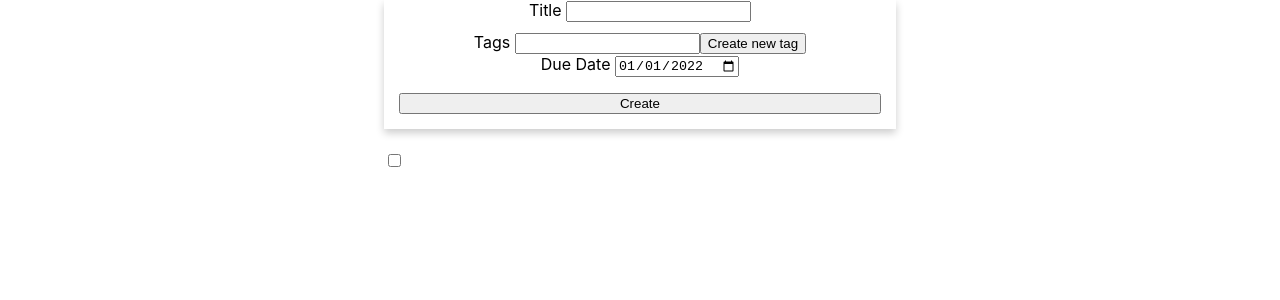
Repository: sanjayMamidipaka/reactappbits
Page: /, after clicking the first element matching `div.submitButton > button`
The author's editor kept a copy of each file at every save. The page is drawn from the files as they stood at one save, then again after the next save.
The browser window is 1280 px wide. The pictures show the whole page.
The project was rebuilt for these pictures with package versions that can differ from the ones it lists, and the page was loaded fresh each time. Also part of the build but not shown: src/components/Tag.css, src/components/Tag.tsx.

Above is the page before, as saved 2022-01-18 17:53:12.

### src/App.tsx
import logo from './logo.svg';
import './App.css';
import TodoList from './components/TodoList';

function App() {
  return (
    <div className="App">
      <TodoList/>
    </div>
  );
}

export default App;

### src/components/TodoList.tsx
import React, { EventHandler } from 'react'
import './TodoList.css'
import { useState } from 'react'
import Tag from './Tag'
import TodoItem from './TodoItem'
/**
 * Thank you for applying to Bits of Good. You are free to add/delete/modify any
 * parts of this project. That includes changing the types.ts, creating css files,
 * modifying import statements, using contexts, etc. We do recommend to keep it simple.
 * You will not be judged based on complexity. We also recommend using
 * multiple components instead of coding everything on this file :)
 *
 * Have fun! Please reach out to hello@bitsofgood.org or wkim330@gatech.edu if you
 * have any questions!
 *
 * Bits of Good Engineering Team
 *
 */
// TODO: Start coding from here

// Here's a baseline todo item type.
// Feel free to extend or create your own interface!

export default function TodoList() {
  const [title, setTitle] = useState('');
  const [tagValue, setTagValue] = useState('');
  const [index, setIndex] = useState(0);
  const [date, setDate] = useState('2022-01-01');
  const completedItems: any[] = [];
  const [todoListCompletedItems, setTodoListCompletedItems] = useState(completedItems);

  const [tagArray, setTagArray] = useState<{name1: string, index1: number}[]>([]);

    const addNewTag = (e: React.MouseEvent<HTMLButtonElement>) => {
      e.preventDefault();
      if (tagValue !== "") {
        setTagArray((tagArray: {name1: string, index1: number}[]) => {
          return [...tagArray, {name1: tagValue, index1: index}];
        });
      }
      setIndex(index + 1);
      setTagValue('');

    }

    const removeElement = (index: number) => {
      setTagArray((tagArray)=>{
        let newTagArray = tagArray.filter((tagObject) => tagObject.index1 !== index);

        return newTagArray;
      })
      console.log(tagArray);

    }

    const handleSubmit = (e: React.MouseEvent<HTMLButtonElement>) => {
      const itemToAdd: any = {
      title: title,
      dueDate: date,
      tagList: tagArray,
      completed: false,
      idx: new Date().getTime().toString()
    }
    setTitle('');
    setTodoListCompletedItems([...todoListCompletedItems, itemToAdd]);
    setTagArray([]);
    }
  return (
    <div>
  <div className="card">
    <label htmlFor="nameLabel">Title </label>
        <input
          type="text"
          value={title}
          onChange={(e) => setTitle(e.target.value)}
        />
        <div style={{padding: '5px'}}></div>

        <label htmlFor="tagLabel">Tags </label>
        <input
          type="text"
          value={tagValue}
          onChange={(e) => setTagValue(e.target.value)}
        />
        <button type="submit" onClick={addNewTag}>
          Create new tag
        </button>

        <div>
          {tagArray.map((tagObject: {name1: string, index1: number}) => {
            return <Tag name={tagObject.name1} key={tagObject.index1} theIndex={tagObject.index1} remove={removeElement} include={"x"}></Tag>
          })}
        </div>

        <label htmlFor="dueDateLabel">Due Date </label>
        <input
          type="date"
          value={date}
          onChange={(e) => setDate(e.target.value)}
        />

        <div style={{padding: '15px'}} className = 'submitButton'>
          <button style ={{width: '100%'}} type='submit' onClick={handleSubmit}>Create</button>
        </div>

</div>

      <div>
          {todoListCompletedItems.map((todoListItem) => {
            return <TodoItem todoListItem={todoListItem} key={todoListItem.idx} index={todoListItem.idx}></TodoItem>
          })}
        </div>

        </div>
  )
}

### src/components/TodoList.css
.card {
  /* Add shadows to create the "card" effect */
  box-shadow: 0 4px 8px 0 rgba(0,0,0,0.2);
  transition: 0.3s;
  width: 40%;
  margin: 0 auto;
}

/* On mouse-over, add a deeper shadow */
.card:hover {
  box-shadow: 0 8px 16px 0 rgba(0,0,0,0.2);
}

/* Add some padding inside the card container */
.container {
  padding: 2px 16px;
}

### src/components/TodoItem.tsx
import React, { EventHandler } from 'react'
import Tag from './Tag';

export default function TodoItem({todoListItem, index}: {todoListItem: any, index: string}) {
    const {title, dueDate, tagList, completed} = todoListItem;

    return (
        <div className="card">
            <input type="checkbox" style={{float: "left"}}/>
            <h1>{title}</h1> <h3></h3>
            {tagList.map((tagObject: {name1: string, index1: number}, index: number) => {
                return <Tag name={tagObject.name1} key={tagObject.index1} theIndex={tagObject.index1} remove={()=>{}} include={""}></Tag>
            })}
        </div>
    )
}

Loaded but not shown: public/index.html (common file); src/index.tsx (common file); src/index.css (common file); src/reportWebVitals.js (common file); src/App.css (common file)

After the next save:
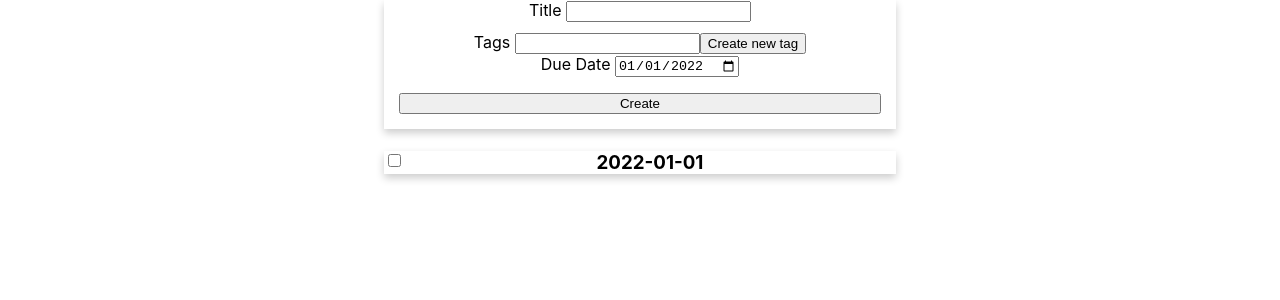
Saved 5 s later.
--- a/src/components/TodoItem.tsx
+++ b/src/components/TodoItem.tsx
@@ -7,7 +7,7 @@
     return (
         <div className="card">
             <input type="checkbox" style={{float: "left"}}/>
-            <h1>{title}</h1> <h3></h3>
+            <h1>{title}</h1> <h3>{dueDate}</h3>
             {tagList.map((tagObject: {name1: string, index1: number}, index: number) => {
                 return <Tag name={tagObject.name1} key={tagObject.index1} theIndex={tagObject.index1} remove={()=>{}} include={""}></Tag>
             })}

After the 2 saves that followed:
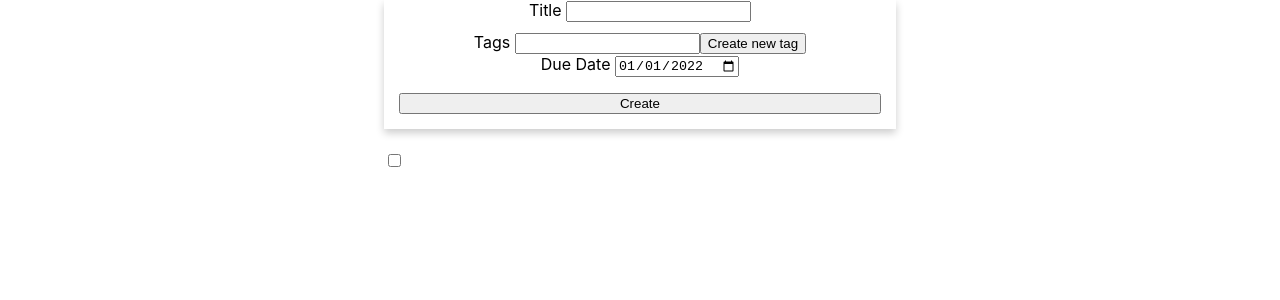
The 2 saves are shown as one change because 1 did not build or start.
The last was saved 15 s later.
--- a/src/components/TodoItem.tsx
+++ b/src/components/TodoItem.tsx
@@ -7,7 +7,7 @@
     return (
         <div className="card">
             <input type="checkbox" style={{float: "left"}}/>
-            <h1>{title}</h1> <h3>{dueDate}</h3>
+            <h1>{title}</h1>
             {tagList.map((tagObject: {name1: string, index1: number}, index: number) => {
                 return <Tag name={tagObject.name1} key={tagObject.index1} theIndex={tagObject.index1} remove={()=>{}} include={""}></Tag>
             })}
